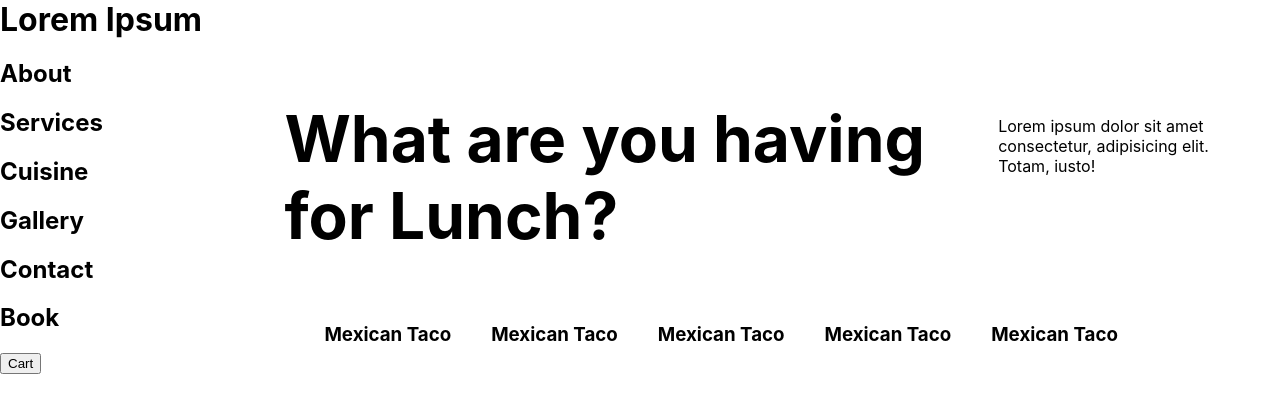
Repository: Marlstergo/assignment2
Page: /
These files come from the project's save history. The page is drawn as it stood at one moment and after the next save; the edit follows.
The browser window is 1280 px wide. The pictures show the whole page.
The project was rebuilt for these pictures with package versions that can differ from the ones it lists, and the page was loaded fresh each time.

Above is the page before, as saved 2021-07-27 02:03:26.

### src/App.js
import logo from "./logo.svg";
import "./App.css";

function App() {
  return (
    <div className="container">
      <div className="full">
        <div className="sidebar">
          <h1>Lorem Ipsum</h1>
          <div className="">
            <div className="">
              <h2 className="">About</h2>
            </div>
            <div className="">
              <h2 className="">Services</h2>
            </div>
            <div className="">
              <h2 className="">Cuisine</h2>
            </div>
            <div className="">
              <h2 className="">Gallery</h2>
            </div>
            <div className="">
              <h2 className="">Contact</h2>
            </div>
            <div className="">
              <h2 className="">Book</h2>
            </div>
            <div className="">
              <button className="">Cart</button>
            </div>
          </div>
        </div>
        <div className="main-view">
          <div className="hero">
            <div className="title">
              <h1 className="">What are you having for Lunch?</h1>
            </div>
            <div className="paragraph">
              <p className="">
                Lorem ipsum dolor sit amet consectetur, adipisicing elit. Totam, iusto!
              </p>
            </div>
          </div>
          <div className="row">
            <div className="cell">
              <div className="">{/* image */}</div>
              <div className="">
                <h3 className="">Mexican Taco</h3>
              </div>
            </div>
            <div className="cell">
              <div className="">{/* image */}</div>
              <div className="">
                <h3 className="">Mexican Taco</h3>
              </div>
            </div>
            <div className="cell">
              <div className="">{/* image */}</div>
              <div className="">
                <h3 className="">Mexican Taco</h3>
              </div>
            </div>
            <div className="cell">
              <div className="">{/* image */}</div>
              <div className="">
                <h3 className="">Mexican Taco</h3>
              </div>
            </div>
            <div className="cell">
              <div className="">{/* image */}</div>
              <div className="">
                <h3 className="">Mexican Taco</h3>
              </div>
            </div>
          </div>
        </div>
      </div>
    </div>
  );
}

export default App;

### src/App.css
.container {
  width: 100%;
  /* padding-left: 1.5rem;
  padding-right: 1.5rem; */
}

@media screen and (min-width: 640px) {
  .container {
    max-width: 640px;
    margin: 0 auto;
  }
}

@media screen and (min-width: 768px) {
  .container {
    max-width: 768px;
  }
}

@media screen and (min-width: 1024px) {
  .container {
    max-width: 1024px;
    /* padding-left: 4rem;
    padding-right: 4rem; */
  }
}

@media screen and (min-width: 1280px) {
  .container {
    max-width: 1280px;
    /* padding-left: 5rem;
    padding-right: 5rem; */
  }
}

@media screen and (min-width: 1536px) {
  .container {
    max-width: 1536px;
  }
}

.full {
  display: grid;
  grid-template-columns: repeat(9, minmax(0, 1fr));
}

.sidebar {
  grid-column: span 2 / span 2;
}

.main-view{
  grid-column: span 7 / span 7;
}

.row{
  display: flex;
  /* overflow-x: scroll; */

}

.hero{
  margin: 50px 0px;
  margin-top: 100px;
  display: grid;
  grid-template-columns: repeat(9, minmax(0, 1fr));

}
.paragraph{
  grid-column: span 3 / span 3;
  padding: 0 50px;
}

.title{
  grid-column: span 6 / span 6;
  font-size: 2rem;

}

h1{
  margin: 0;
}

.cell{
  margin-left: 40px;
}

Loaded but not shown: public/index.html (common file); src/index.js (common file); src/index.css (common file); src/reportWebVitals.js (common file)

After the next save:
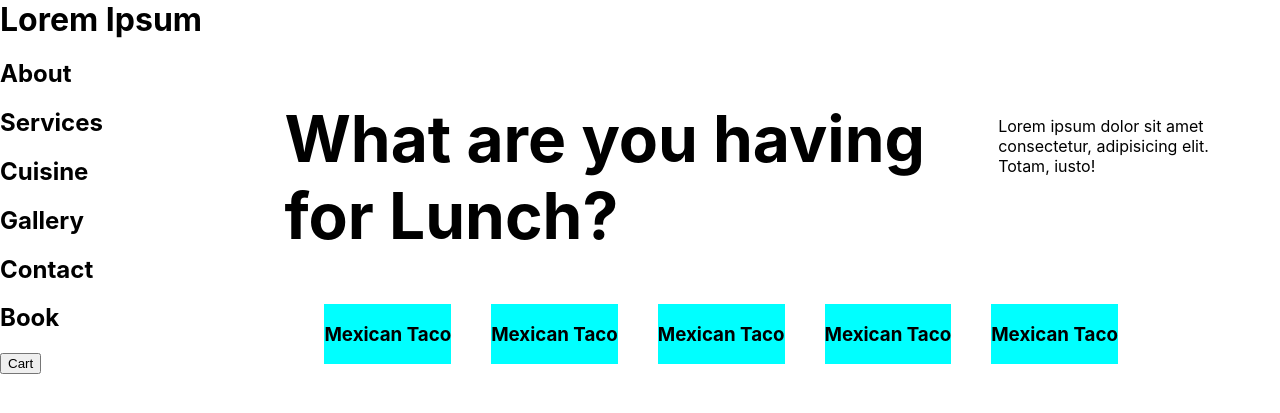
Saved 71 s later.
--- a/src/App.css
+++ b/src/App.css
@@ -82,4 +82,5 @@ h1{
 
 .cell{
   margin-left: 40px;
+  background-color: aqua;
 }
